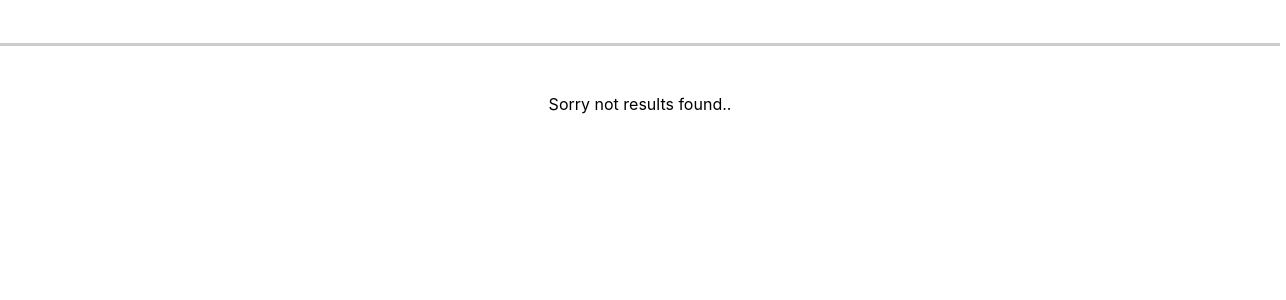
Repository: jijo78/movie-tvshows-list
Page: /
The author's editor kept a copy of each file at every save. The page is drawn from the files as they stood at one save, then again after the next save.
The browser window is 1280 px wide. The page is 1280 px wide, then 1286 px, so the pictures cover 1286 px, including what lies to the right of the window. The pictures show the whole page.
The page's requests for data from a server got no answer. The project was rebuilt for these pictures with package versions that can differ from the ones it lists, and the page was loaded fresh each time. No one was signed in, and anything a server would have sent is missing. Also part of the build but not shown: src/MediaRatio.tsx.

Above is the page before, as saved 2020-11-25 17:21:55.

### src/App.tsx
import React, { FC, useEffect, useState } from 'react'
import useSWR from 'swr'
import config from './config'
import QuickSearch from './QuickSearch'
import SearchResults from './SearchResults'

import styled from 'styled-components'
// import classNames from 'classnames'
// import debounce from 'lodash/debounce'
export const fontRootSize = 16

const pxToRem = (size: number) => `${size / fontRootSize}rem`
export const SCREEN_WIDTH_MIN = pxToRem(320)

export const SCREEN_WIDTH_MIN_2 = pxToRem(400)
interface Props {
  children: React.ReactChildren
}
const Container = styled('section')`
  display: flex;
  justify-content: center;
`

const getData = (url: string): Promise<any> => fetch(url).then((res) => res.json())

const StickyWrapper: FC<Props> = ({ children, ...rest }) => {
  const [shouldFetch, setShouldFetch] = useState(true)
  const [term, setTerm] = useState('a')
  const [append, setAppend] = useState('credits')

  const { data, error, isValidating } = useSWR(
    shouldFetch
      ? `https://api.themoviedb.org/3/search/multi?&api_key=${config.api}&query=${term}&include_adult=false&append_to_response=${append}`
      : null,
    getData,
    {
      shouldRetryOnError: false,
      revalidateOnFocus: false,
    }
  )
  console.log('data: ', data)

  useEffect(() => {
    if (data) {
      setShouldFetch(false)
    }
  }, [])

  return (
    <>
      <QuickSearch />
      <Container as="section" {...rest}>
        <SearchResults results={data} />
      </Container>
    </>
  )
}

export default StickyWrapper

### src/config.js
module.exports = {
    'api': '00827fd50b322764fdf4d571822a4a05'
};

### src/QuickSearch.tsx
import React, { FC } from 'react'

import styled from 'styled-components'

type Props = {
  onClick?: (e: React.MouseEvent<any>) => void
  onSubmit?: () => void
  placeholder?: string
}
/**
 * Card is a general purpose container for content.
 */
const Search = styled('section')`
  border-bottom: 3px solid #ccc;
  margin-bottom: 2rem;
  display: flex;

  width: 100%;
`

const SearchForm = styled('form')`
  position: relative;
  width: 100%;
  &fieldset {
    margin: 0;
    padding: 0;
    border: 0 none;
  }
  &.search__form--hidden {
    display: none;
  }
`
const SearchLegend = styled('legend')`
  display: none;
`

const SearchInput = styled('input')`
  color: #ccc;
  width: 100%;
  text-align: center;
  padding: 0.2rem 0;
  font-size: 2rem;
  border: 0 none;
  &::placeholder {
    color: #ccc;
  }
`

const QuickSearch: FC<Props> = ({ onSubmit, onClick, placeholder }) => {
  return (
    <Search>
      <SearchForm onSubmit={onSubmit}>
        <SearchLegend>Find a movie </SearchLegend>
        <SearchInput onClick={onClick} placeholder={placeholder} />
      </SearchForm>
    </Search>
  )
}

export default QuickSearch

### src/SearchResults.tsx
import React, { FC } from 'react'
import { formatDateUK } from './date'
import { Media16x9 } from './MediaRatio'
import styled from 'styled-components'

interface Props {
  results: { results: Array<any> }
}
const Cards = styled('ul')`
  display: grid;
  width: 80rem;
  grid-template-columns: repeat(auto-fit, minmax(320px, 1fr));
  grid-gap: 2rem;
  margin: 0;
  padding: 0;
`

const Card = styled('li')`
  min-height: 10rem;
  height: 100%;
  position: relative;
  background-color: #000;
  color: #fff;
  list-style-type: none;
`
/**
 * Contains an image or other media to be placed inside the card
 */
export const CardBody = styled('div')`
  position: relative;
  padding: 0.5rem;
`

/**
 * Content to be placed at the bottom of the card.
 */
export const CardFooter = styled('footer')`
  position: relative;
  padding: 0.5rem;
`
const SearchResults: FC<Props> = ({ results }) => {
  console.log('results: ', results)
  const base_url = 'https://image.tmdb.org/t/p/w780'
  const placeholder = 'http://via.placeholder.com/400x200'

  return results && results.results && results.results.length ? (
    <Cards>
      {results.results.map((result, i) => (
        <Card>
          <Media16x9>
            <img
              alt={result.original_name}
              src={
                result.poster_path !== null && result.poster_path !== undefined
                  ? `${base_url}${result.poster_path}`
                  : `${placeholder}`
              }
            />
          </Media16x9>
          <CardBody>
            <h3>{result.title || result.original_name}</h3>
            <p>{result.overview}</p>
          </CardBody>
          <CardFooter>
            <span className="card__rating">
              Rating: {isNaN(result.vote_average) ? 0 : Math.ceil(result.vote_average * 10)}%
            </span>
            <span className="card__release">Release date: {formatDateUK(result.release_date)}</span>
          </CardFooter>
        </Card>
      ))}
    </Cards>
  ) : (
    <p className="no-results">Sorry not results found..</p>
  )
}

export default SearchResults

### src/date.ts
import dayjs from 'dayjs'

export const formatDate = (d: string) => dayjs(d).format('D MMM YYYY')
export const formatDateUK = (d: string) => dayjs(d).format('DD MMM YYYY')
export const currentYear = () => dayjs().year()

Loaded but not shown: public/index.html (common file); src/index.js (common file); src/index.css (common file); src/reportWebVitals.js (common file)

After the next save:
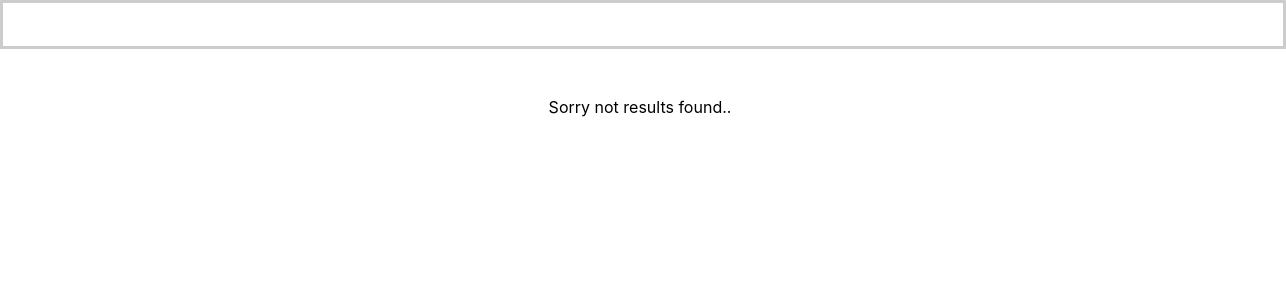
Saved 3 min 6 s later.
--- a/src/QuickSearch.tsx
+++ b/src/QuickSearch.tsx
@@ -11,7 +11,7 @@ type Props = {
  * Card is a general purpose container for content.
  */
 const Search = styled('section')`
-  border-bottom: 3px solid #ccc;
+  border: 3px solid #ccc;
   margin-bottom: 2rem;
   display: flex;
 
